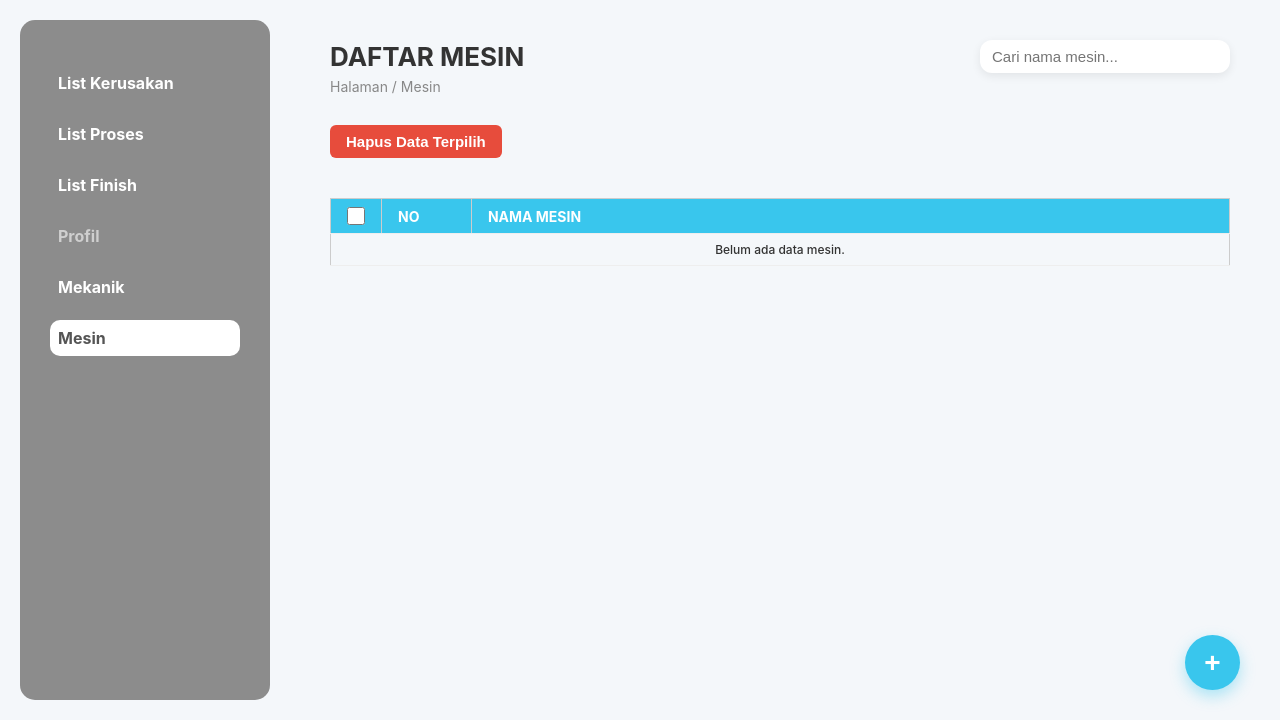
Repository: 1rHub/maintenance
Page: http://localhost/mesin.php
These files come from the project's save history. The page is drawn as it stood at one moment and after the next save; the edit follows.
The browser window is 1280 px wide. The pictures show the whole page.
The page is run by PHP 8.4 with error messages shown; the project is at /var/www/html/. Queries for data that is not in the repository find no rows.

Above is the page before, as saved 2025-10-28 15:54:54.

### assets/css/style.css
* {
	margin: 0;
	padding: 0;
	box-sizing: border-box;
}

body {
	font-family: -apple-system, BlinkMacSystemFont, 'Segoe UI', Roboto, Oxygen, Ubuntu, Cantarell, sans-serif;
	background-color: #f5f5f5;
	display: flex;
	height: 100vh;
}

.sidebar {
	width: 250px;
	background-color: #8c8c8c;
	padding: 30px;
	display: flex;
	flex-direction: column;
	justify-content: space-between;
	border-radius: 15px;
	margin: 20px;
}

.menu {
	list-style: none;
}

.menu li {
	margin: 15px 0;
}

.menu a {
	text-decoration: none;
	font-weight: bold;
	font-size: 16px;
	color: white;
	display: block;
	padding: 8px 8px;
	border-radius: 10px;
}

.menu a.active {
	background-color: white;
	color: #555;
}

.menu a.disabled {
	color: #cfcfcf;
	pointer-events: none;
}

.register-btn {
	background-color: white;
	border: none;
	padding: 10px;
	border-radius: 10px;
	font-weight: bold;
	cursor: pointer;
}

.main-content {
	flex: 1;
	padding: 40px;
	background: #fff;
}

.main-content h1 {
	font-size: 28px;
	font-weight: bold;
}

.main-content2 {
	margin-bottom: 38px;
}

.breadcrumb {
	margin-top: 5px;
	color: gray;
}

/* silang pada Detail Laporan */
.popup {
	display: none;
	position: fixed;
	top: 0;
	left: 0;
	width: 100%;
	height: 100%;
	background: rgba(0, 0, 0, 0.5);
	justify-content: center;
	align-items: center;
	z-index: 1000;
}

.popup-content {
	background: #fff;
	padding: 20px;
	border-radius: 12px;
	width: 400px;
	position: relative;
}

.close-btn {
	float: right;
	position: absolute;
	top: 40px;
	right: 40px;
	font-weight: bold;
	font-size: 25px;
	color: #909090;
	cursor: pointer;
	z-index: 10000;
	/* pastikan di atas semua isi popup */
}

.close-btn:hover {
	color: #000;
}

.popup-content h2 {
	margin-bottom: 15px;
}

.popup-content label {
	display: block;
	margin-top: 10px;
	font-weight: bold;
}

.popup-content input,
.popup-content select,
.popup-content textarea {
	width: 100%;
	padding: 8px;
	margin-top: 5px;
	border-radius: 5px;
	border: 1px solid #ccc;
}

.popup-content button {
	margin-top: 15px;
	padding: 10px;
	border: none;
	border-radius: 8px;
	background: #8c8c8c;
	color: white;
	font-weight: bold;
	cursor: pointer;
}

.hapus-float-btn {
	position: fixed;
	bottom: 25px;
	right: 25px;
	background-color: #e74c3c;
	color: white;
	padding: 12px 18px;
	border: none;
	border-radius: 8px;
	cursor: pointer;
	font-size: 15px;
	box-shadow: 0 4px 12px rgba(0, 0, 0, 0.2);
	transition: all 0.25s ease;
	z-index: 1000;
}

.hapus-float-btn:hover {
	background-color: #c0392b;
	transform: scale(1.05);
}

table {
	font-size: 12px;
	margin-top: 20px;
	width: 100%;
	border-collapse: collapse;
}

table thead {
	background: #39c6ed;
}

table,
th,
td {
	border: 1px solid #ccc;
}

th,
td {
	padding: 10px;
	text-align: left;
}

.filter {
	display: flex;
	align-items: center;
	gap: 15px;
	margin-top: 20px;
	margin-bottom: 15px;
}

.filter label {
	font-weight: bold;
}

.filter input[type="date"],
.filter select {
	padding: 5px 10px;
	border: 1px solid #ccc;
	border-radius: 6px;
	cursor: pointer;
}

.filter button {
	background-color: #39c6ed;
	color: white;
	border: none;
	border-radius: 6px;
	padding: 6px 12px;
	cursor: pointer;
	transition: 0.2s;
}

.filter button:hover {
	background-color: #666;
}

.success {
	color: green;
	font-weight: bold;
	margin-top: 10px;
}

.warning {

	color: #ff0000;
	font-weight: bold;
	margin-top: 10px;
}

.kategori {
	font-weight: bold;
	padding: 6px;
	border-radius: 6px;
	color: #fff;
	text-align: center;
}

.kategori.biasa {
	display: list-item;
	margin-top: 3px;
	color: #29b513;

}

.kategori.sedang {
	display: list-item;
	margin-top: 3px;
	color: #efae15;
}

.kategori.urgent {
	display: list-item;
	margin-top: 3px;
	color: #e74c3c;
}

#laporanTable a {
	color: inherit;
	text-decoration: none;
	cursor: pointer;
}

@keyframes fadeIn {
	from {
		opacity: 0;
		transform: scale(0.9);
	}

	to {
		opacity: 1;
		transform: scale(1);
	}
}

a {
	color: inherit;
	text-decoration: none;
}

a:hover {
	text-decoration: underline;
}

.mekanik-list {
	display: flex;
	flex-direction: column;
	gap: 8px;
	margin-top: 10px;
}

.mekanik-item {
	display: flex;
	align-items: center;
	gap: 10px;
}

.mekanik-item label {
	font-weight: 400;
	color: #000000;
	cursor: pointer;
}

.mekanik-item input[type="checkbox"] {
	width: 18px;
	height: 18px;
	accent-color: #555;
	cursor: pointer;
}

.header-container {
	display: flex;
	justify-content: space-between;
	align-items: center;
}

.menu-opsi {
	position: relative;
	display: inline-block;
}

.menu-btn {
	background: none;
	border: none;
	font-size: 22px;
	cursor: pointer;
	padding: 5px;
	color: #333;
}

.dropdown-menu {
	display: none;
	position: absolute;
	right: 0;
	top: 30px;
	background-color: white;
	border: 1px solid #ddd;
	border-radius: 6px;
	box-shadow: 0 5px 15px rgba(0, 0, 0, 0.1);
	z-index: 100;
	width: 180px;
}

.dropdown-menu button {
	width: 100%;
	border: none;
	background: none;
	padding: 10px;
	text-align: left;
	cursor: pointer;
	font-size: 14px;
}

.dropdown-menu button:hover {
	background-color: #f0f0f0;
}

.status.ditunda {
	font-style: italic;
}

.temp-alert {
	position: fixed;
	top: 80px;
	right: 30px;
	background-color: 1;
	color: #2c3e50;
	padding: 12px 20px;
	border-radius: 6px;
	box-shadow: 0 4px 10px rgba(0, 0, 0, 0.15);
	font-size: 14px;
	z-index: 2000;
	opacity: 1;
	transition: opacity 0.5s ease;
}

/* Warna untuk jenis alert berbeda */
.temp-alert.warning {
	color: rgb(255, 196, 0);
}

.temp-alert.success {
	background-color: #27ae60;
	color: white;
}

.temp-alert.error {
	background-color: #e74c3c;
	color: white;
}

.temp-alert.info {
	background-color: #3498db;
	color: white;
}

.laporan-header {
	text-align: center;
	margin-bottom: 20px;
}

.laporan-header img {
	width: 250px;
	height: auto;
	margin-bottom: 10px;
}

.laporan-header h2 {
	margin: 0;
	font-size: 15px;
	color: #333;
}

.filter {
	margin-bottom: 15px;
}

/* Sembunyikan elemen ini saat mencetak */
@media print {

	.filter,
	.menu-opsi,
	.sidebar {
		display: none !important;
	}

	.main-content {
		margin-left: 0;
	}
}

#noData {
	display: none;
	text-align: center;
	color: #000000ff;
	font-size: 12px;
	margin-top: 30px;
}

/* === STYLE BARU - MEKANIK PAGE === */
body {
	font-family: 'Inter', sans-serif;
	background-color: #f4f7fa;
	margin: 0;
	padding: 0;
}

/* Container utama */
.mekanik-container {
	flex: 1;
	margin-left: 0px;
	padding: 40px;
	background: #fff;
	border-radius: 16px;
	box-shadow: 0 4px 20px rgba(0,0,0,0.05);
}

.mekanik-container h1 {
	font-size: 26px;
	color: #333;
	margin-bottom: 5px;
}

.breadcrumb {
	color: #888;
	font-size: 14px;
	margin-bottom: 25px;
}

/* Grid kartu mekanik */
.mekanik-list {
	display: grid;
	grid-template-columns: repeat(auto-fill, minmax(180px, 1fr));
	gap: 20px;
}

.mekanik-card {
	background: white;
	border: 1px solid #e0e0e0;
	border-radius: 12px;
	padding: 20px 10px;
	text-align: center;
	box-shadow: 0 4px 10px rgba(0, 0, 0, 0.05);
	cursor: pointer;
	transition: all 0.25s ease;
}

.mekanik-card:hover {
	transform: translateY(-3px);
	border-color: #39c6ed;
	box-shadow: 0 6px 15px rgba(57,198,237,0.15);
}

.editable {
	border: none;
	background: transparent;
	text-align: center;
	width: 100%;
	font-size: 15px;
	font-weight: 500;
	color: #333;
	outline: none;
	cursor: pointer;
}

/* Tombol tambah */
.float-btn {
	position: fixed;
	bottom: 30px;
	right: 30px;
	background: #39c6ed;
	color: white;
	border: none;
	border-radius: 50%;
	width: 60px;
	height: 60px;
	font-size: 30px;
	font-weight: bold;
	cursor: pointer;
	box-shadow: 0 8px 20px rgba(57, 198, 237, 0.4);
	transition: 0.3s;
}

.float-btn:hover {
	transform: scale(1.1);
	background: #2faed3;
}

/* === Popup Umum === */
.popup {
	display: none;
	position: fixed;
	top: 0;
	left: 0;
	width: 100%;
	height: 100%;
	background: rgba(0, 0, 0, 0.4);
	justify-content: center;
	align-items: center;
	z-index: 9999;
}

.popup-content {
	background: white;
	padding: 30px 35px;
	border-radius: 14px;
	width: 500px;
	max-height: 85vh;
	overflow-y: auto;
	box-shadow: 0 10px 25px rgba(0,0,0,0.15);
	animation: fadeIn 0.3s ease;
}

.popup-content h2 {
	margin-top: 0;
	color: #333;
	font-size: 20px;
	border-bottom: 2px solid #39c6ed;
	padding-bottom: 8px;
}

.close-btn {
	position: absolute;
	top: 20px;
	right: 25px;
	font-size: 22px;
	color: #999;
	cursor: pointer;
	transition: 0.2s;
}

.close-btn:hover { color: #333; }

/* Input dan tombol di popup */
.popup-content input,
.popup-content button {
	width: 100%;
	padding: 10px;
	margin-top: 10px;
	border-radius: 8px;
	border: 1px solid #ccc;
	font-size: 14px;
}

.popup-content button {
	background: #39c6ed;
	color: white;
	font-weight: bold;
	border: none;
	cursor: pointer;
	transition: 0.25s;
}

.popup-content button:hover {
	background: #2faed3;
}

/* Tabel riwayat */
.popup-content table {
	width: 100%;
	border-collapse: collapse;
	margin-top: 15px;
}

.popup-content th, .popup-content td {
	padding: 10px;
	border: 1px solid #e0e0e0;
	font-size: 13px;
	color: #333;
	text-align: center;
}

.popup-content thead {
	background: #39c6ed;
	color: white;
}

/* Tombol edit & hapus */
.btn-row {
	margin-top: 20px;
	display: flex;
	justify-content: flex-end;
	gap: 10px;
}

.edit-btn, .hapus-btn {
	border: none;
	padding: 10px 18px;
	border-radius: 8px;
	cursor: pointer;
	font-weight: bold;
	transition: 0.25s;
}

.edit-btn {
	background: #39c6ed;
	color: white;
}

.edit-btn:hover {
	background: #2faed3;
}

.hapus-btn {
	background: #e74c3c;
	color: white;
}

.hapus-btn:hover {
	background: #c0392b;
}

/* Animasi popup */
@keyframes fadeIn {
	from { opacity: 0; transform: scale(0.95); }
	to { opacity: 1; transform: scale(1); }
}

/* === mesin.php === */
        .main-container {
            margin-left: 30px;
            padding: 40px 10px 80px;
            overflow-x: hidden;
        }

        #mesinTable {
            width: 100%;
            min-width: 900px;
            table-layout: auto;
        }

        .header-row {
            display: flex;
            align-items: center;
            justify-content: space-between;
            margin-bottom: 25px;
        }

        h1 {
            font-size: 26px;
            font-weight: 700;
            color: #333;
            margin: 0;
        }

        .breadcrumb {
            color: #888;
            font-size: 14px;
            margin-bottom: 30px;
            margin-top: -20px;
        }

        /* === SEARCH BOX === */
        .search-box {
            display: flex;
            align-items: center;
            background: #fff;
            border-radius: 12px;
            box-shadow: 0 3px 10px rgba(0, 0, 0, 0.08);
            padding: 8px 12px;
            width: 250px;
        }

        .search-box input {
            flex: 1;
            border: none;
            outline: none;
            background: transparent;
            font-size: 15px;
        }

        .table {
            width: 100%;
            border-collapse: collapse;
            table-layout: fixed;
            min-width: 700px;
        }

        th,
        td {
            padding: 8px 16px;
            border-bottom: 1px solid #eee;
        }

        th {
            background: #39c6ed;
            color: white;
            text-transform: uppercase;
            font-size: 14px;
        }

        td {
            color: #333;
            font-weight: 500;
        }

        /* === CHECKBOX === */
        input[type="checkbox"] {
            width: 18px;
            height: 18px;
            cursor: pointer;
        }

        /* === BUTTON HAPUS DI LUAR TABEL === */
        .hapus-btn {
            background: #e74c3c;
            color: #fff;
            border: none;
            padding: 8px 16px;
            border-radius: 8px;
            font-size: 14px;
            cursor: pointer;
            transition: 0.2s;
            margin-bottom: 20px;
        }

        .hapus-btn:hover {
            background: #c0392b;
            transform: scale(1.05);
        }

        /* === FLOATING ADD BUTTON === */
        .float-btn {
            position: fixed;
            bottom: 30px;
            right: 40px;
            background-color: #39c6ed;
            color: #fff;
            font-size: 28px;
            width: 55px;
            height: 55px;
            border-radius: 50%;
            border: none;
            box-shadow: 0 6px 15px rgba(57, 198, 237, 0.4);
            cursor: pointer;
            transition: 0.3s ease;
        }

        .float-btn:hover {
            background-color: #2da8cf;
            transform: scale(1.1);
        }

        .popup {
            display: none;
            position: fixed;
            top: 0;
            left: 0;
            width: 100%;
            height: 100%;
            background: rgba(0, 0, 0, 0.4);
            justify-content: center;
            align-items: center;
            z-index: 999;
        }

        .popup-content {
            background: #fff;
            border-radius: 12px;
            padding: 20px 30px;
            box-shadow: 0 5px 15px rgba(0, 0, 0, 0.2);
            animation: fadeIn 0.2s ease;
        }

        .close-btn2 {
            float: right;
            font-size: 22px;
            cursor: pointer;
        }

        .popup-content form input[type="text"] {
            width: 100%;
            padding: 10px;
            margin-bottom: 12px;
            border: 1px solid #ccc;
            border-radius: 6px;
        }

        .popup-content button {
            background: #39c6ed;
            color: #fff;
            border: none;
            padding: 8px 16px;
            border-radius: 6px;
            cursor: pointer;
        }

        .popup-content button:hover {
            background: #2da8cf;
        }

        /* === POPUP TAMBAH MESIN === */
        #popupTambah .popup-content {
            width: 400px;
            max-width: 90%;
        }

        /* === POPUP RIWAYAT MESIN === */
        #popupRiwayatMesin .popup-content {
            width: 90%;
            max-width: 1100px;
            /* bisa kamu ubah ke 1000–1200px sesuai selera */
            overflow-x: auto;
            max-height: 85vh;
        }

        #popupRiwayatMesin table {
            width: 100%;
            border-collapse: collapse;
            margin-top: 10px;
        }

        #popupRiwayatMesin th,
        #popupRiwayatMesin td {
            padding: 8px 10px;
            border-bottom: 1px solid #eee;
            text-align: left;
        }

        #popupRiwayatMesin th {
            background: #39c6ed;
            color: #fff;
            font-size: 14px;
            text-transform: uppercase;
        }

.popup-content table {
	width: 100%;
	border-collapse: collapse;
}

.popup-content th,
.popup-content td {
	border: 1px solid #ccc;
	padding: 8px;
	text-align: center;
}

.btn-row {
	margin-top: 20px;
	display: flex;
	justify-content: flex-end;
	gap: 10px;
}

.hapus-btn {
	background: #e74c3c !important;
	border: none;
	color: white;
	padding: 8px 16px;
	border-radius: 6px;
	cursor: pointer;
	font-size: 15px;
}

.edit-btn {
	background: #39c6ed !important;
	border: none;
	color: white;
	padding: 8px 16px;
	border-radius: 6px;
	cursor: pointer;
	font-size: 15px;
}

.close-btn {
	float: right;
	cursor: pointer;
	font-size: 20px;
}

#editNamaInput {
	display: none;
	width: 80%;
	padding: 6px;
	margin-top: 8px;
	border-radius: 5px;
	border: 1px solid #ccc;
	text-align: center;
}

/* === STYLISH CHECKBOX MEKANIK === */
#mekanikList {
	display: flex;
	flex-direction: column;
	gap: 10px;
	margin-top: 10px;
}

#mekanikList label {
	display: flex;
	align-items: center;
	background: #f8f9fa;
	border: 1px solid #ddd;
	border-radius: 10px;
	padding: 8px 12px;
	cursor: pointer;
	transition: 0.25s ease;
	font-weight: 500;
	color: #333;
	margin: 1px;
}

#mekanikList label:hover {
	background: #e9f8ff;
	border-color: #39c6ed;
}

#mekanikList input[type="checkbox"] {
	appearance: none;
	width: 20px;
	height: 20px;
	border: 2px solid #ccc;
	border-radius: 6px;
	margin-right: 12px;
	position: relative;
	transition: 0.2s;
}

#mekanikList input[type="checkbox"]:checked {
	background-color: #39c6ed;
	border-color: #39c6ed;
}

#mekanikList input[type="checkbox"]:checked::after {
	content: "✓";
	color: white;
	font-size: 13px;
	position: absolute;
	top: 1px;
	left: 3px;
}

#mekanikList input[type="checkbox"]:disabled {
	opacity: 0.6;
	cursor: not-allowed;
}

Loaded but not shown: sidebar.php (43 lines, source omitted); koneksi.php (12 lines, source omitted); mesin.php (257 lines, source omitted)

After the next save:
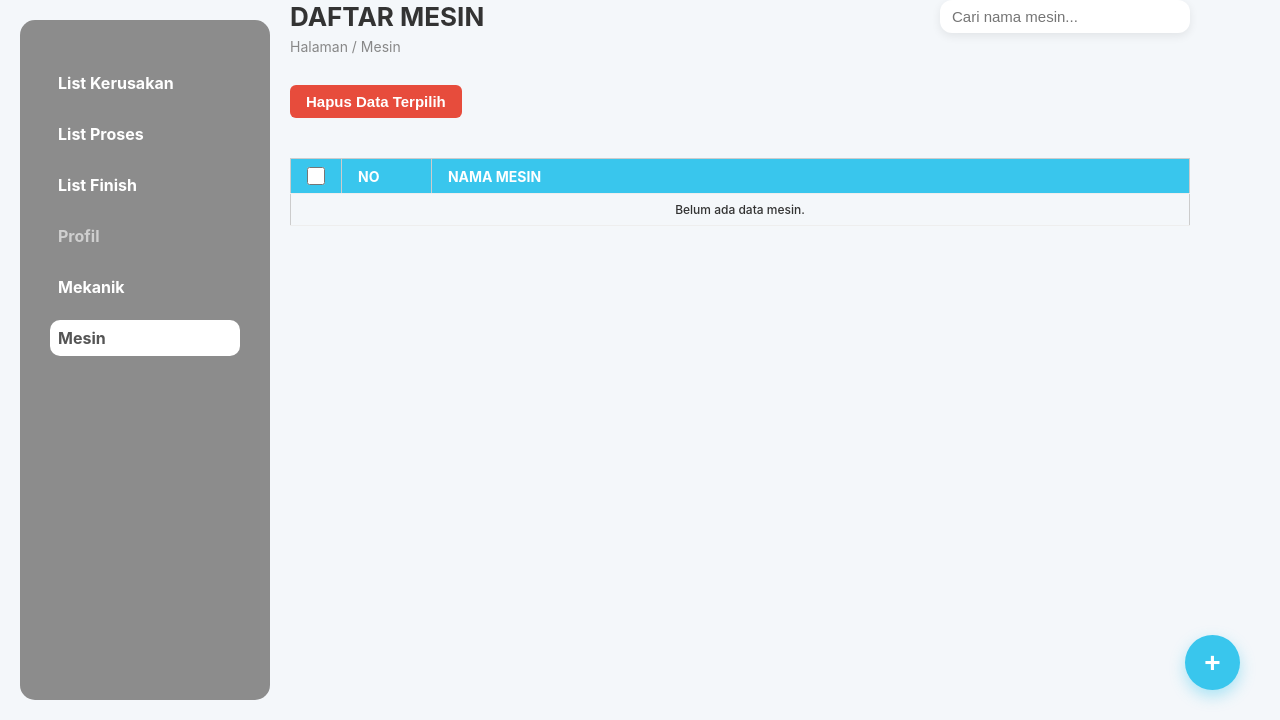
Saved 2 min 3 s later.
--- a/assets/css/style.css
+++ b/assets/css/style.css
@@ -669,11 +669,7 @@ body {
 }
 
 /* === mesin.php === */
-        .main-container {
-            margin-left: 30px;
-            padding: 40px 10px 80px;
-            overflow-x: hidden;
-        }
+
 
         #mesinTable {
             width: 100%;
